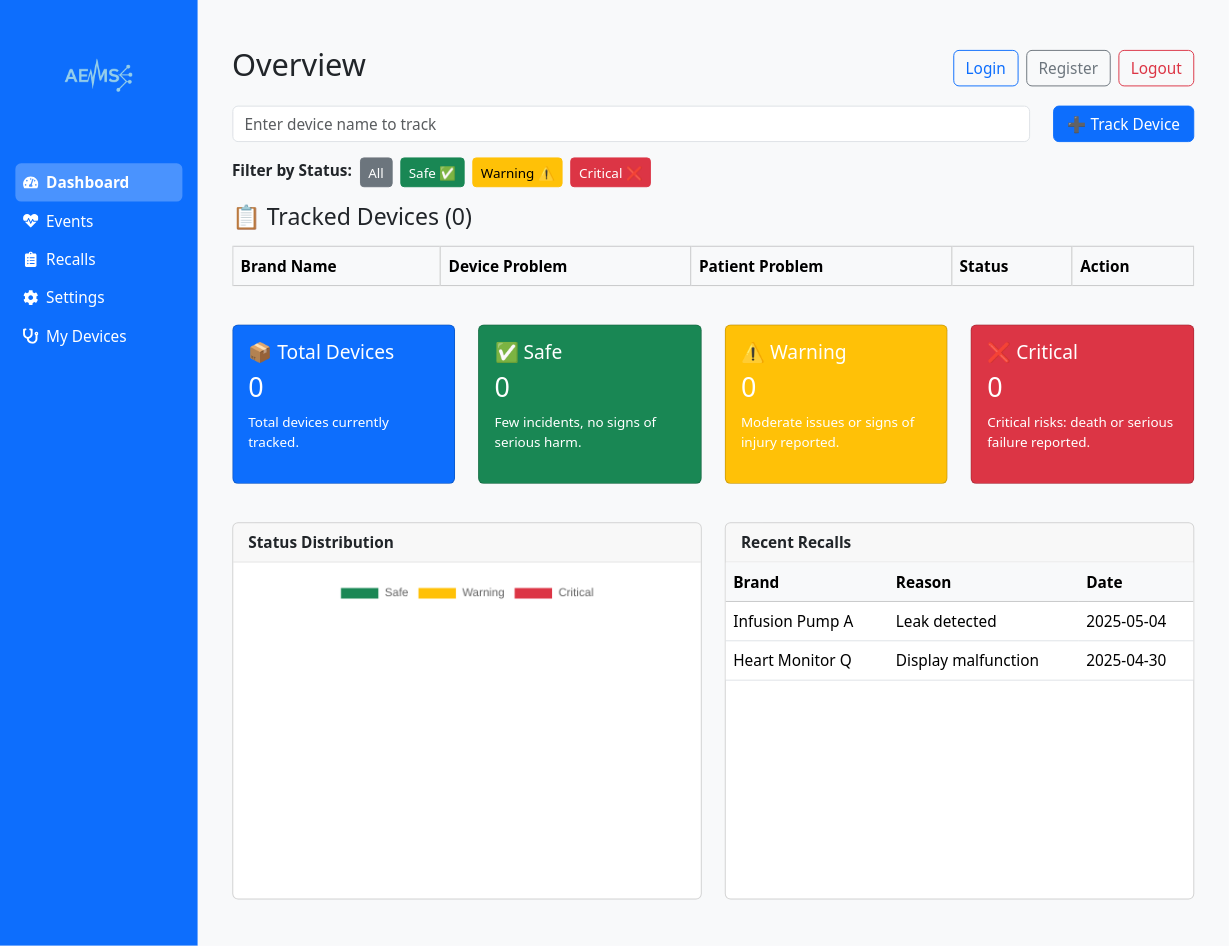
Repository: Sarary2/AEMS_2MVP
Page: / (app in frontend/AEMS/)
The author's editor kept a copy of each file at every save. The page is drawn from the files as they stood at one save, then again after the next save.
The browser window is 1280 px wide. The pictures show the whole page, at 96% of full size.
The page's requests for data from a server got no answer. The project was rebuilt for these pictures with package versions that can differ from the ones it lists, and the page was loaded fresh each time. No one was signed in, and anything a server would have sent is missing. Also part of the build but not shown: frontend/AEMS/vite.config.js, frontend/AEMS/src/components/DeviceRow.jsx, frontend/AEMS/src/pages/Events.jsx, frontend/AEMS/src/firebase.js, frontend/AEMS/src/pages/Login.jsx, frontend/AEMS/src/pages/Register.jsx, frontend/AEMS/src/utils/fetchRecalls.js, frontend/AEMS/src/pages/Recalls.jsx and 2 more.

Above is the page before, as saved 2025-05-06 14:33:00.

### frontend/AEMS/src/main.jsx
import React from 'react';
import ReactDOM from 'react-dom/client';
import App from './App.jsx';
import 'bootstrap/dist/css/bootstrap.min.css';

ReactDOM.createRoot(document.getElementById('root')).render(
  <React.StrictMode>
    <App />
  </React.StrictMode>
);

### frontend/AEMS/src/App.jsx
import { BrowserRouter as Router, Routes, Route, useLocation } from 'react-router-dom';
import Sidebar from './components/Sidebar';
import Dashboard from './pages/Dashboard';
import Events from './pages/Events';
import Login from './pages/Login';
import Register from './pages/Register';
import Recalls from './pages/Recalls';
import Settings from './pages/Settings';
import TrackedDevices from './pages/TrackedDevices';

function LayoutWithSidebar({ children }) {
  return (
    <div className="d-flex min-vh-100">
      <Sidebar />
      <div className="flex-grow-1 bg-light p-4 overflow-auto">
        {children}
      </div>
    </div>
  );
}

function AppRoutes() {
  const location = useLocation();
  const hideSidebar = ['/login', '/register'].includes(location.pathname);

  return hideSidebar ? (
    <Routes>
      <Route path="/login" element={<Login />} />
      <Route path="/register" element={<Register />} />
    </Routes>
  ) : (
    <LayoutWithSidebar>
      <Routes>
        <Route path="/" element={<Dashboard />} />
        <Route path="/events" element={<Events />} />
        <Route path="/recalls" element={<Recalls />} />
        <Route path="/settings" element={<Settings />} />
        <Route path="/tracked" element={<TrackedDevices />} />
      </Routes>
    </LayoutWithSidebar>
  );
}

export default function App() {
  return (
    <Router>
      <AppRoutes />
    </Router>
  );
}

### frontend/AEMS/src/components/Sidebar.jsx
import { NavLink } from 'react-router-dom';
import {
  FaTachometerAlt,
  FaHeartbeat,
  FaClipboardList,
  FaCog,
  FaStethoscope,
} from 'react-icons/fa';
import logo from '../assets/logo.png'; // Make sure path is correct

export default function Sidebar() {
  return (
    <div
      className="bg-primary text-white d-flex flex-column align-items-start p-3"
      style={{ width: '250px', minHeight: '100vh' }}
    >
      {/* Logo only */}
      <div className="w-100 text-center mb-4">
        <img
          src={logo}
          alt="AEMS Logo"
          className="img-fluid"
          style={{ height: '130px', objectFit: 'contain' }}
        />
      </div>

      {/* Navigation links */}
      <ul className="nav flex-column w-100">
        <li className="nav-item">
          <NavLink
            to="/"
            className={({ isActive }) =>
              `nav-link d-flex align-items-center text-white px-2 py-2 ${isActive ? 'fw-bold bg-white bg-opacity-25 rounded' : ''}`
            }
          >
            <FaTachometerAlt className="me-2" />
            Dashboard
          </NavLink>
        </li>
        <li className="nav-item">
          <NavLink
            to="/events"
            className={({ isActive }) =>
              `nav-link d-flex align-items-center text-white px-2 py-2 ${isActive ? 'fw-bold bg-white bg-opacity-25 rounded' : ''}`
            }
          >
            <FaHeartbeat className="me-2" />
            Events
          </NavLink>
        </li>
        <li className="nav-item">
          <NavLink
            to="/recalls"
            className={({ isActive }) =>
              `nav-link d-flex align-items-center text-white px-2 py-2 ${isActive ? 'fw-bold bg-white bg-opacity-25 rounded' : ''}`
            }
          >
            <FaClipboardList className="me-2" />
            Recalls
          </NavLink>
        </li>
        <li className="nav-item">
          <NavLink
            to="/settings"
            className={({ isActive }) =>
              `nav-link d-flex align-items-center text-white px-2 py-2 ${isActive ? 'fw-bold bg-white bg-opacity-25 rounded' : ''}`
            }
          >
            <FaCog className="me-2" />
            Settings
          </NavLink>
        </li>
        <li className="nav-item">
          <NavLink
            to="/tracked"
            className={({ isActive }) =>
              `nav-link d-flex align-items-center text-white px-2 py-2 ${isActive ? 'fw-bold bg-white bg-opacity-25 rounded' : ''}`
            }
          >
            <FaStethoscope className="me-2" />
            My Devices
          </NavLink>
        </li>
      </ul>
    </div>
  );
}

### frontend/AEMS/src/pages/Dashboard.jsx
import { useEffect, useState } from 'react';
import { useNavigate } from 'react-router-dom';
import StatCard from '../components/StatCard';
import DeviceRow from '../components/DeviceRow';
import StatusChart from '../components/StatusChart';
import RecallsPanel from '../components/RecallsPanel';

export default function Dashboard() {
  const [devices, setDevices] = useState([]);
  const [filter, setFilter] = useState('All');
  const [tracked, setTracked] = useState(() =>
    JSON.parse(localStorage.getItem('trackedDevices') || '[]')
  );
  const [deviceInput, setDeviceInput] = useState('');
  const navigate = useNavigate();

  // Fetch data
  useEffect(() => {
    fetch('http://localhost:5001/api/devices/all')
      .then(res => res.json())
      .then(setDevices)
      .catch(err => console.error('Failed to fetch devices', err));
  }, []);

  // Tracking
  const handleTrackAdd = () => {
    const input = deviceInput.trim().toLowerCase();
    if (!input || tracked.includes(input)) return;
    const updated = [...tracked, input];
    setTracked(updated);
    localStorage.setItem('trackedDevices', JSON.stringify(updated));
    setDeviceInput('');
  };

  const handleTrackRemove = (brandName) => {
    const normalized = tracked.find(t => brandName.toLowerCase().includes(t));
    if (!normalized) return;
    const updated = tracked.filter(t => t !== normalized);
    setTracked(updated);
    localStorage.setItem('trackedDevices', JSON.stringify(updated));
  };

  // Match devices
  const matchedTrackedDevices = devices.filter(d =>
    tracked.some(t => d.brandName.toLowerCase().includes(t))
  );

  const filteredDevices = filter === 'All'
    ? matchedTrackedDevices
    : matchedTrackedDevices.filter(d => d.status === filter);

  // Status logic
  const getStatusCounts = () => {
    const safe = matchedTrackedDevices.filter(d => d.status === 'Safe').length;
    const warning = matchedTrackedDevices.filter(d => d.status === 'Warning').length;
    const critical = matchedTrackedDevices.filter(d => d.status === 'Critical').length;
    return {
      total: matchedTrackedDevices.length,
      safe,
      warning,
      critical,
    };
  };

  const { total, safe, warning, critical } = getStatusCounts();

  const statusIcons = {
    Safe: '✅',
    Warning: '⚠️',
    Critical: '❌',
  };

  const dummyRecalls = [
    { brandName: 'Infusion Pump A', recallReason: 'Leak detected', recallDate: '2025-05-04' },
    { brandName: 'Heart Monitor Q', recallReason: 'Display malfunction', recallDate: '2025-04-30' },
  ];

  return (
    <div className="container-fluid">
      {/* Header */}
      <div className="d-flex justify-content-between align-items-center mt-4 mb-3">
        <h2>Overview</h2>
        <div>
          <button className="btn btn-outline-primary me-2" onClick={() => navigate('/login')}>Login</button>
          <button className="btn btn-outline-secondary me-2" onClick={() => navigate('/register')}>Register</button>
          <button className="btn btn-outline-danger" onClick={() => alert('🔒 Logged out')}>Logout</button>
        </div>
      </div>

      {/* Add Device */}
      <div className="mb-3 row">
        <div className="col-md-10">
          <input
            placeholder="Enter device name to track"
            className="form-control"
            value={deviceInput}
            onChange={(e) => setDeviceInput(e.target.value)}
          />
        </div>
        <div className="col-md-2">
          <button className="btn btn-primary w-100" onClick={handleTrackAdd}>
            ➕ Track Device
          </button>
        </div>
      </div>

      {/* Filter */}
      <div className="mb-3">
        <strong>Filter by Status:</strong>{' '}
        {['All', 'Safe', 'Warning', 'Critical'].map((s) => (
          <button
            key={s}
            className={`btn btn-sm mx-1 btn-${s === 'All' ? 'secondary' : s === 'Safe' ? 'success' : s === 'Warning' ? 'warning' : 'danger'}`}
            onClick={() => setFilter(s)}
          >
            {s} {statusIcons[s] || ''}
          </button>
        ))}
      </div>

      {/* Devices Table */}
      <h4>📋 Tracked Devices ({filteredDevices.length})</h4>
      <div className="table-responsive mb-4">
        <table className="table table-striped table-bordered mt-2">
          <thead className="table-light">
            <tr>
              <th>Brand Name</th>
              <th>Device Problem</th>
              <th>Patient Problem</th>
              <th>Status</th>
              <th>Action</th>
            </tr>
          </thead>
          <tbody>
            {filteredDevices.map((device, i) => (
              <DeviceRow key={i} device={device} onRemove={handleTrackRemove} />
            ))}
          </tbody>
        </table>
      </div>

      {/* Stats Cards */}
      <div className="row mb-4">
        <StatCard title="Total Devices" count={total} />
        <StatCard title="Safe" count={safe} />
        <StatCard title="Warning" count={warning} />
        <StatCard title="Critical" count={critical} />
      </div>

      {/* Charts */}
      <div className="row mb-4">
        <div className="col-md-6">
          <StatusChart data={{ Safe: safe, Warning: warning, Critical: critical }} />
        </div>
        <div className="col-md-6">
          <RecallsPanel recalls={dummyRecalls} />
        </div>
      </div>
    </div>
  );
}

### frontend/AEMS/src/components/StatCard.jsx
import React from 'react';

const statusDetails = {
  "Safe": {
    icon: "✅",
    explanation: "Few incidents, no signs of serious harm.",
    color: "success"
  },
  "Warning": {
    icon: "⚠️",
    explanation: "Moderate issues or signs of injury reported.",
    color: "warning"
  },
  "Critical": {
    icon: "❌",
    explanation: "Critical risks: death or serious failure reported.",
    color: "danger"
  },
  "Total Devices": {
    icon: "📦",
    explanation: "Total devices currently tracked.",
    color: "primary"
  }
};

export default function StatCard({ title, count }) {
  const details = statusDetails[title] || {
    icon: "📊",
    explanation: "Summary of device activity.",
    color: "secondary"
  };

  return (
    <div className="col-md-3 mb-3">
      <div className={`card text-white bg-${details.color}`}>
        <div className="card-body">
          <h5 className="card-title">
            {details.icon} {title}
          </h5>
          <h3 className="card-text">{count}</h3>
          <p className="small">{details.explanation}</p>
        </div>
      </div>
    </div>
  );
}

### frontend/AEMS/src/components/StatusChart.jsx
import { Pie } from 'react-chartjs-2';
import { Chart as ChartJS, ArcElement, Tooltip, Legend } from 'chart.js';

ChartJS.register(ArcElement, Tooltip, Legend);

export default function StatusChart({ data }) {
  const chartData = {
    labels: ['Safe', 'Warning', 'Critical'],
    datasets: [
      {
        data: [data.Safe, data.Warning, data.Critical],
        backgroundColor: ['#198754', '#ffc107', '#dc3545'],
        borderWidth: 1,
      },
    ],
  };

  const chartOptions = {
    responsive: true,
    maintainAspectRatio: false,
    plugins: {
      legend: { position: 'top' },
    },
  };

  return (
    <div className="card h-100">
      <div className="card-header fw-semibold">Status Distribution</div>
      <div className="card-body" style={{ height: '350px' }}>
        <Pie data={chartData} options={chartOptions} />
      </div>
    </div>
  );
}

### frontend/AEMS/src/components/RecallsPanel.jsx
export default function RecallsPanel({ recalls }) {
    return (
      <div className="card h-100">
        <div className="card-header fw-bold">Recent Recalls</div>
        <div className="card-body p-0">
          <table className="table mb-0 table-hover">
            <thead className="table-light">
              <tr>
                <th>Brand</th>
                <th>Reason</th>
                <th>Date</th>
              </tr>
            </thead>
            <tbody>
              {recalls.length === 0 ? (
                <tr>
                  <td colSpan="3" className="text-center text-muted">No recent recalls.</td>
                </tr>
              ) : (
                recalls.map((recall, idx) => (
                  <tr key={idx}>
                    <td>{recall.brandName}</td>
                    <td>{recall.recallReason}</td>
                    <td>{recall.recallDate}</td>
                  </tr>
                ))
              )}
            </tbody>
          </table>
        </div>
      </div>
    );
  }

Loaded but not shown: frontend/AEMS/index.html (common file)

After the next save:
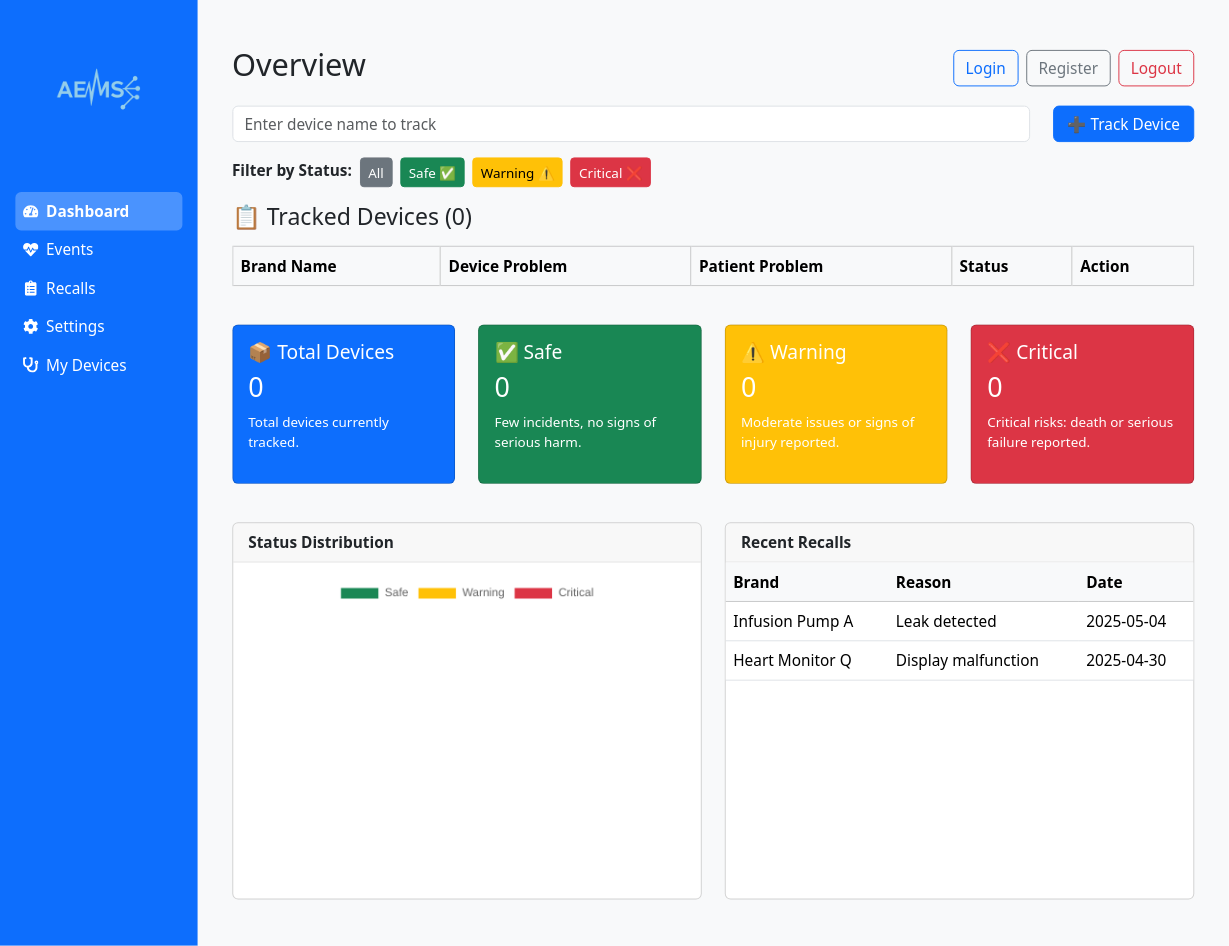
Saved 15 s later.
--- a/frontend/AEMS/src/components/Sidebar.jsx
+++ b/frontend/AEMS/src/components/Sidebar.jsx
@@ -20,7 +20,7 @@ export default function Sidebar() {
           src={logo}
           alt="AEMS Logo"
           className="img-fluid"
-          style={{ height: '130px', objectFit: 'contain' }}
+          style={{ height: '160px', objectFit: 'contain' }}
         />
       </div>
 
